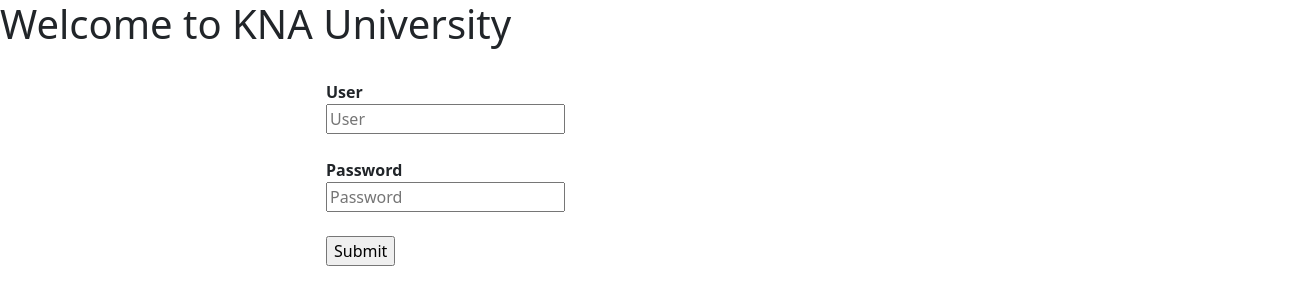
Repository: kavine24/CS490-Python-LMS
Page: html/index.html
These files come from the project's save history. The page is drawn as it stood at one moment and after the next save; the edit follows.
The browser window is 1280 px wide. The page is 1292 px wide, so the pictures cover 1292 px, including what lies to the right of the window. The pictures show the whole page.

Above is the page before, as saved 2022-04-03 18:03:11.

After the next save:
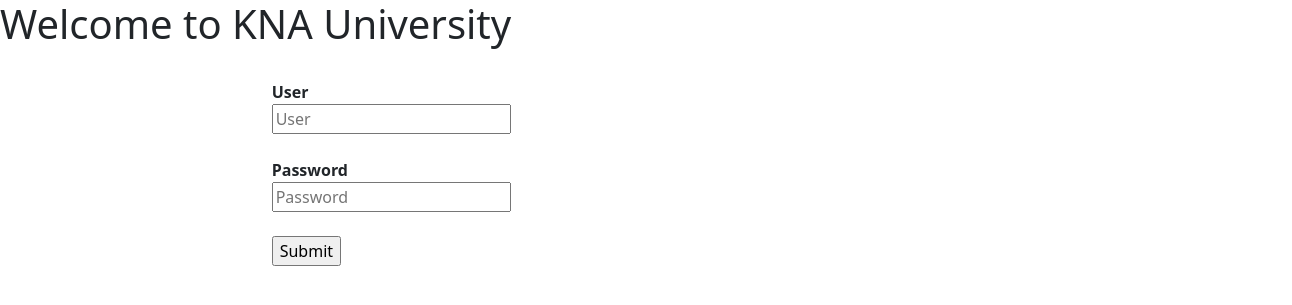
Saved 72 s later.
--- a/html/index.html
+++ b/html/index.html
@@ -9,7 +9,7 @@
   <body>
     <h1 id="indexLog">Welcome to KNA University</h1><br>
     <div class="row align-items-center justify-content-center">
-      <div class="col-6 align-items-center" id="divForm">
+      <div class="col-7 align-items-center" id="divForm">
         <form id="myForm" onsubmit="submitLogin()">
 
           <main>

After the save that followed:
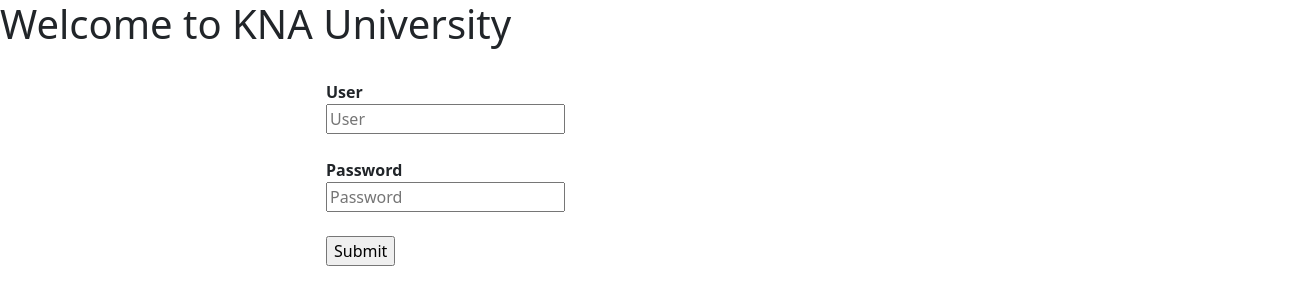
Saved 26 s later.
--- a/html/index.html
+++ b/html/index.html
@@ -9,7 +9,7 @@
   <body>
     <h1 id="indexLog">Welcome to KNA University</h1><br>
     <div class="row align-items-center justify-content-center">
-      <div class="col-7 align-items-center" id="divForm">
+      <div class="col-6 align-items-center" id="divForm">
         <form id="myForm" onsubmit="submitLogin()">
 
           <main>
